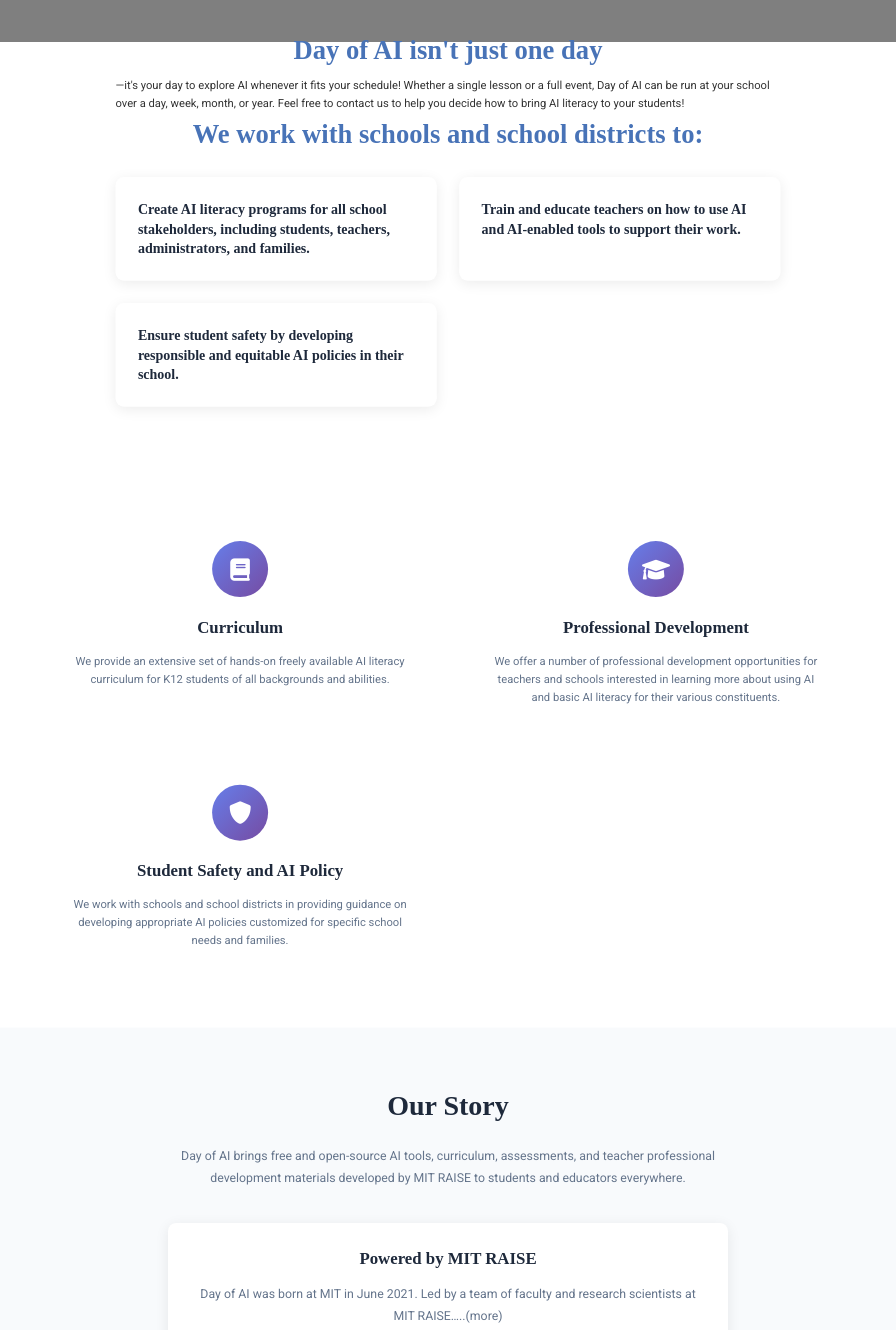
Repository: dinhtri123/dayofai
Page: index.html
An editor plug-in stored every save of this project. The page is shown before and after the next save, followed by the edit.
The browser window is 1280 px wide. The pictures show the part of the page from y = 660 to 2560 px (the page is 3857 px tall before and 3959 px after), at 70% of full size.
A picture or video elsewhere on the page could not be fetched, so the positions and the page height are approximate. Some web fonts or font styles are not loaded; a fallback is used.

Above is the page before, as saved 2025-06-29 08:43:38.

### index.html
<!DOCTYPE html>
<html lang="en">

<head>
  <meta charset="UTF-8">
  <meta name="viewport" content="width=device-width, initial-scale=1.0">
  <title>Day of AI - AI is for everyone</title>
  <link rel="stylesheet" href="styles.css">
  <link rel="preconnect" href="https://fonts.googleapis.com">
  <link rel="preconnect" href="https://fonts.gstatic.com" crossorigin>
  <link href="https://fonts.googleapis.com/css2?family=Gugi&family=Roboto:ital,wght@0,100..900;1,100..900&display=swap"
    rel="stylesheet">
  <link rel="stylesheet" href="https://cdnjs.cloudflare.com/ajax/libs/font-awesome/6.0.0/css/all.min.css">
</head>

<body>
  <!-- Header -->
  <header class="header">
    <nav class="navbar container">
      <div class="nav-container">
        <div class="nav-logo">
          <img src="./images/logo.svg" alt="Day of AI Logo">
        </div>

        <div class="header-main">
          <div class="header-search">
            <i class="fa-solid fa-magnifying-glass"></i>
            <input type="search" name="search" id="search" placeholder="SEARCH">
          </div>
          <div class="header-menu">
            <ul class="nav-menu">
              <li class="nav-item dropdown">
                <a href="#" class="nav-link">Teachers <i class="fa-solid fa-caret-down"></i></a>
                <ul class="dropdown-menu">
                  <li><a href="#">Curriculum</a></li>
                  <li><a href="#">Seasonal and Monthly Activities</a></li>
                  <li><a href="#">Professional Development</a></li>
                  <li><a href="#">Family Resources</a></li>
                </ul>
              </li>
              <li class="nav-item dropdown">
                <a href="#" class="nav-link">School Administrators <i class="fa-solid fa-caret-down"></i></a>
                <ul class="dropdown-menu">
                  <li><a href="#">Professional Development</a></li>
                  <li><a href="#">Curriculum</a></li>
                  <li><a href="#">Student Safety & AI Policy</a></li>
                  <li><a href="#">Family Resources</a></li>
                </ul>
              </li>
              <li class="nav-item">
                <a href="#" class="nav-link">International</a>
              </li>
              <li class="nav-item">
                <a href="#" class="nav-link">Partners</a>
              </li>
              <li class="nav-item dropdown">
                <a href="#" class="nav-link">About Us <i class="fa-solid fa-caret-down"></i></a>
                <ul class="dropdown-menu">
                  <li><a href="#">Our Team</a></li>
                  <li><a href="#">Our Story</a></li>
                  <li><a href="#">FAQ</a></li>
                  <li><a href="#">News & Impact</a></li>
                </ul>
              </li>
              <li class="nav-item">
                <a href="#" class="nav-link">Contact Us</a>
              </li>
            </ul>
            <div class="nav-buttons">
              <button class="btn btn-primary">Register</button>
            </div>
          </div>
        </div>


        <div class="hamburger">
          <span class="icon-menu">
            <i class="fa-solid fa-bars"></i>
          </span>
          <span class="icon-close">
            <i class="fa-solid fa-xmark"></i>
          </span>
        </div>
      </div>
    </nav>
  </header>

  <main>
    <!-- Hero Section -->
    <section class="hero">
      <div class="hero-video">
        <video src="./images/hero-video-short2.mp4" autoplay muted loop></video>
      </div>
      <div class="container">
        <div class="hero-content">
          <h1 class="hero-title">AI is for everyone.</h1>
          <p class="hero-subtitle">Empower your school and your students to thrive in a world of AI!</p>
          <div class="hero-bottom">
            <h3>Day of AI + Common Sense Media Have Teamed Up for Families!</h3>
            <button class="btn btn-primary">Learn More</button>
          </div>
        </div>
      </div>
    </section>
    <section class="section-desc">
      <div class="container">
        <div class="content-grid">
          <div class="content-item">
            <h2>Day of AI isn't just one day</h2>
            <p>—it's your day to explore AI whenever it fits your schedule! Whether a single lesson or a full event, Day
              of AI can be run at your school over a day, week, month, or year. Feel free to contact us to help you
              decide
              how to bring AI literacy to your students!</p>
          </div>

          <div class="content-item">
            <h2>We work with schools and school districts to:</h2>
            <div class="services-grid">
              <div class="service-card">
                <h3>Create AI literacy programs for all school stakeholders, including students, teachers,
                  administrators,
                  and families.</h3>
              </div>
              <div class="service-card">
                <h3>Train and educate teachers on how to use AI and AI-enabled tools to support their work.</h3>
              </div>
              <div class="service-card">
                <h3>Ensure student safety by developing responsible and equitable AI policies in their school.</h3>
              </div>
            </div>
          </div>
        </div>
      </div>
    </section>

    <!-- Features Section -->
    <section class="features">
      <div class="container">
        <div class="features-grid">
          <div class="feature-card">
            <div class="feature-icon">
              <i class="fas fa-book"></i>
            </div>
            <h3>Curriculum</h3>
            <p>We provide an extensive set of hands-on freely available AI literacy curriculum for K12 students of all
              backgrounds and abilities.</p>
          </div>

          <div class="feature-card">
            <div class="feature-icon">
              <i class="fas fa-graduation-cap"></i>
            </div>
            <h3>Professional Development</h3>
            <p>We offer a number of professional development opportunities for teachers and schools interested in
              learning
              more about using AI and basic AI literacy for their various constituents.</p>
          </div>

          <div class="feature-card">
            <div class="feature-icon">
              <i class="fas fa-shield-alt"></i>
            </div>
            <h3>Student Safety and AI Policy</h3>
            <p>We work with schools and school districts in providing guidance on developing appropriate AI policies
              customized for specific school needs and families.</p>
          </div>
        </div>
      </div>
    </section>

    <!-- About Section -->
    <section class="about">
      <div class="container">
        <div class="about-content">
          <h2>Our Story</h2>
          <p>Day of AI brings free and open-source AI tools, curriculum, assessments, and teacher professional
            development
            materials developed by MIT RAISE to students and educators everywhere.</p>

          <div class="mit-section">
            <h3>Powered by MIT RAISE</h3>
            <p>Day of AI was born at MIT in June 2021. Led by a team of faculty and research scientists at MIT
              RAISE…..(more)</p>
          </div>

          <div class="partners-section">
            <h3>Our Collaborators and Partners</h3>
            <div class="partners-grid">
              <div class="partner-logo">Partner 1</div>
              <div class="partner-logo">Partner 2</div>
              <div class="partner-logo">Partner 3</div>
              <div class="partner-logo">Partner 4</div>
            </div>
          </div>
        </div>
      </div>
    </section>

    <!-- CTA Section -->
    <section class="cta">
      <div class="container">
        <div class="cta-content">
          <h2>Bring Day of AI to Your School or School District</h2>
          <div class="cta-buttons">
            <button class="btn btn-primary">Register</button>
            <button class="btn btn-secondary">Learn More</button>
          </div>
        </div>
      </div>
    </section>
  </main>

  <!-- Footer -->
  <footer class="footer">
    <div class="container">
      <div class="footer-content">
        <div class="footer-section">
          <p>&copy; 2025, Day of AI. All Rights Reserved.</p>
          <div class="footer-links">
            <a href="#">Privacy Policy</a>
            <a href="#">Accessibility</a>
            <a href="#">Terms of Use</a>
            <a href="#">Boston Web Design</a>
          </div>
        </div>

        <div class="footer-legal">
          <p>Unless stated otherwise, the DAY OF AI curriculum is licensed under a Creative Commons
            Attribution-NonCommercial-ShareAlike 4.0 International License (the "DAY OF AI Creative Commons license").
            The DAY OF AI Creative Commons license does not include a license to use the trademarks and service marks,
            DAY OF AI, DAY OF AI (and Design), the DAY OF AI logo, MASSACHUSETTS INSTITUTE OF TECHNOLOGY, MIT, the MIT
            logo, MIT RAISE, RAISE, or any other trademarks, service marks, or other intellectual property, owned by, or
            associated with, Massachusetts Institute of Technology, and such use is expressly excluded. DAY OF AI, DAY
            OF AI (and Design), and the DAY OF AI logo are trademarks and service marks of MASSACHUSETTS INSTITUTE OF
            TECHNOLOGY. All rights are reserved.</p>
        </div>

        <div class="footer-translate">
          <button class="translate-btn">Translate »</button>
        </div>
      </div>
    </div>
  </footer>

  <script src="script.js"></script>
</body>

</html>

### styles.css
:root {
  --font-family: "Roboto", sans-serif;
  --font-secondary: "Gugi", cursive;
  --color-primary: #4873b7;
  --color-secondary: #37b558;
  --color-third: #f26739;
}
* {
  margin: 0;
  padding: 0;
  box-sizing: border-box;
}

body {
  font-family: var(--font-family);
  line-height: 1.6;
  color: #333;
  overflow-x: hidden;
}

.container {
  max-width: 1170px;
  margin: 0 auto;
  padding: 0 15px;
}
h1,h2,h3,h4,h5,h6{
  font-family: var(--font-secondary);
}

/* Header Styles */
.header {
  background: #fff;
  box-shadow: 0 2px 10px rgba(0, 0, 0, 0.1);
  width: 100%;
}
.header-main {
  display: flex;
  flex-direction: column;
  flex: 1;
}
.header-search {
  display: flex;
  align-items: center;
  justify-content: end;
  border-bottom: 1px solid var(--color-primary);
  height: 35px;
}
.header-search input {
  border: none;
  outline: none;
  width: 100px;
  max-width: 300px;
  height: 100%;
  padding: 0 10px;
  transition: width 1s linear;
}
.header-search i {
  color: var(--color-secondary);
}

.navbar {
  padding: 10px 15px;
}

.nav-container {
  display: flex;
  justify-content: space-between;
  align-items: center;
}
.nav-logo {
  max-width: 160px;
  width: 100%;
  height: auto;
}

.nav-logo img {
  max-width: 90px;
  width: 100%;
  height: auto;
}

.header-menu {
  display: flex;
  align-items: center;
  justify-content: end;
  flex-wrap: wrap;
}
.nav-menu {
  display: flex;
  list-style: none;
  align-items: center;
}

.nav-item {
  position: relative;
}

.nav-link {
  text-decoration: none;
  color: #333;
  font-weight: 500;
  padding: 20px 16px;
  transition: color 0.3s ease;
  display: flex;
  align-items: center;
  gap: 5px;
}

.nav-link:hover {
  color: #2563eb;
}
.nav-link i {
  color: var(--color-primary);
}

.dropdown-menu {
  position: absolute;
  top: 100%;
  left: 0;
  background: #fff;
  box-shadow: 0 4px 20px rgba(0, 0, 0, 0.15);
  border-radius: 8px;
  min-width: 250px;
  width: max-content;
  opacity: 0;
  visibility: hidden;
  transform: translateY(-10px);
  transition: all 0.3s ease;
  list-style: none;
  overflow: hidden;
}

.dropdown:hover .dropdown-menu {
  opacity: 1;
  visibility: visible;
  transform: translateY(0);
}

.dropdown-menu li a {
  display: block;
  padding: 0.75rem 1.5rem;
  color: #333;
  text-decoration: none;
  transition: background-color 0.2s ease;
}

.dropdown-menu li a:hover {
  background-color: var(--color-primary);
  color: #fff;
}

.btn {
  display: flex;
  align-items: center;
  margin-left: 24px;
  font-family: var(--font-secondary);
  background-color: var(--color-secondary);
  color: #fff;
  padding: 0px 32px;
  border-radius: 30px;
  min-height: 45px;
  text-transform: uppercase;
  border: none;
  line-height: 1;
  font-size: 16px;
  transition: all 0.3s ease;
}
.btn-primary {
  background-color: var(--color-secondary);
}
.btn-primary:hover {
  background-color: var(--color-third);
}
.btn-secondary {
  background-color: var(--color-third);
  color: white;
}
.btn-secondary:hover {
  background-color: var(--color-secondary);
}
.bth-third {
  background: transparent;
  color: white;
  border: 1px solid white;
}
.bth-third:hover {
  background-color: var(--color-secondary);
}
.hamburger {
  display: none;
  flex-direction: column;
  cursor: pointer;
}
.hamburger i {
  font-size: 20px;
  color: black;
}

/* Hero Section */
.hero {
  color: #fff;

  text-align: center;
}
.hero-content {
  position: relative;
  z-index: 1;
  min-height: 500px;
  display: flex;
  flex-direction: column;
  align-items: center;
  justify-content: center;
}
.hero-video {
  position: absolute;
  top: 0;
  left: 0;
  width: 100%;
  height: 100%;
  z-index: -1;
  overflow: hidden;
}
.hero-video::before {
  content: "";
  position: absolute;
  top: 0;
  left: 0;
  width: 100%;
  height: 100%;
  background: rgba(0, 0, 0, 0.5);
}
.hero-video video {
  width: 100%;
}

.hero-title {
  font-size: 64px;
  font-family: var(--font-secondary);
  font-weight: 700;
  margin-bottom: 8px;
  line-height: 1.2;
}

.hero-subtitle {
  font-size: 30px;
  max-width: 500px;
  margin: 0 auto;
}

.hero-bottom {
  display: flex;
  align-items: center;
  justify-content: space-between;
  gap: 16px;
  position: absolute;
  bottom: -30px;
  left: 50%;
  transform: translateX(-50%);
  background: var(--color-third);
  min-height: 60px;
  border-radius: 30px;
  width: 100%;
}
.hero-bottom h3 {
  font-size: 24px;
  color: white;
  padding: 0px 20px;
  font-weight: 300;
}
.hero-bottom button {
  background: var(--color-primary);
  padding: 0px 48px;
  text-transform: uppercase;
  font-family: var(--font-secondary);
  min-height: inherit;
}

.section-desc {
  padding: 80px 0;
}

.content-grid {
  max-width: 950px;
  margin: 0 auto;
}

.content-item h2 {
  font-size: 38px;
  text-align: center;
  color: var(--color-primary);
  margin-bottom: 8px;
}

.content-item p {

}

.services-grid {
  display: grid;
  grid-template-columns: repeat(auto-fit, minmax(300px, 1fr));
  gap: 2rem;
  margin-top: 2rem;
}

.service-card {
  background: #fff;
  padding: 2rem;
  border-radius: 12px;
  box-shadow: 0 4px 20px rgba(0, 0, 0, 0.08);
  transition: transform 0.3s ease, box-shadow 0.3s ease;
}

.service-card:hover {
  transform: translateY(-5px);
  box-shadow: 0 8px 30px rgba(0, 0, 0, 0.12);
}

.service-card h3 {
  font-size: 1.25rem;
  font-weight: 600;
  color: #1e293b;
  line-height: 1.4;
}

/* Features Section */
.features {
  padding: 80px 0;
  background: #fff;
}

.features-grid {
  display: grid;
  grid-template-columns: repeat(auto-fit, minmax(350px, 1fr));
  gap: 3rem;
}

.feature-card {
  text-align: center;
  padding: 2rem;
  border-radius: 16px;
  transition: transform 0.3s ease;
}

.feature-card:hover {
  transform: translateY(-5px);
}

.feature-icon {
  width: 80px;
  height: 80px;
  background: linear-gradient(135deg, #667eea 0%, #764ba2 100%);
  border-radius: 50%;
  display: flex;
  align-items: center;
  justify-content: center;
  margin: 0 auto 1.5rem;
  color: #fff;
  font-size: 2rem;
}

.feature-card h3 {
  font-size: 1.5rem;
  font-weight: 600;
  margin-bottom: 1rem;
  color: #1e293b;
}

.feature-card p {
  color: #64748b;
  line-height: 1.6;
}

/* About Section */
.about {
  padding: 80px 0;
  background: #f8fafc;
}

.about-content {
  max-width: 800px;
  margin: 0 auto;
  text-align: center;
}

.about-content h2 {
  font-size: 2.5rem;
  font-weight: 600;
  margin-bottom: 1.5rem;
  color: #1e293b;
}

.about-content p {
  font-size: 1.1rem;
  color: #64748b;
  line-height: 1.8;
  margin-bottom: 3rem;
}

.mit-section {
  background: #fff;
  padding: 2rem;
  border-radius: 12px;
  margin: 2rem 0;
  box-shadow: 0 4px 20px rgba(0, 0, 0, 0.08);
}

.mit-section h3 {
  font-size: 1.5rem;
  font-weight: 600;
  margin-bottom: 1rem;
  color: #1e293b;
}

.partners-section {
  margin-top: 3rem;
}

.partners-section h3 {
  font-size: 1.5rem;
  font-weight: 600;
  margin-bottom: 2rem;
  color: #1e293b;
}

.partners-grid {
  display: grid;
  grid-template-columns: repeat(auto-fit, minmax(200px, 1fr));
  gap: 2rem;
}

.partner-logo {
  background: #fff;
  padding: 2rem;
  border-radius: 8px;
  text-align: center;
  box-shadow: 0 2px 10px rgba(0, 0, 0, 0.1);
  font-weight: 600;
  color: #64748b;
}

/* CTA Section */
.cta {
  padding: 80px 0;
  background: linear-gradient(135deg, #667eea 0%, #764ba2 100%);
  color: #fff;
  text-align: center;
}

.cta-content h2 {
  font-size: 2.5rem;
  font-weight: 600;
  margin-bottom: 2rem;
}

.cta-buttons {
  display: flex;
  gap: 1rem;
  justify-content: center;
  flex-wrap: wrap;
}

/* Footer */
.footer {
  background: #1e293b;
  color: #fff;
  padding: 60px 0 30px;
}

.footer-content {
  display: grid;
  gap: 2rem;
}

.footer-section {
  display: flex;
  justify-content: space-between;
  align-items: center;
  flex-wrap: wrap;
  gap: 1rem;
}

.footer-links {
  display: flex;
  gap: 2rem;
  flex-wrap: wrap;
}

.footer-links a {
  color: #cbd5e1;
  text-decoration: none;
  transition: color 0.3s ease;
}

.footer-links a:hover {
  color: #fff;
}

.footer-legal {
  border-top: 1px solid #334155;
  padding-top: 2rem;
}

.footer-legal p {
  font-size: 0.9rem;
  color: #94a3b8;
  line-height: 1.6;
}

.footer-translate {
  text-align: center;
  padding-top: 2rem;
}

.translate-btn {
  background: transparent;
  color: #cbd5e1;
  border: 1px solid #475569;
  padding: 0.5rem 1rem;
  border-radius: 6px;
  cursor: pointer;
  transition: all 0.3s ease;
}

.translate-btn:hover {
  background: #475569;
  color: #fff;
}

/* Responsive Design */
@media (max-width: 768px) {
  .header-main {
    position: absolute;
    top: 100%;
    left: 0px;
    flex-direction: column;
    background-color: #fff;
    width: 100%;
    text-align: center;
    transition: 0.3s;
    box-shadow: 0 10px 27px rgba(0, 0, 0, 0.05);
    z-index: 1000;
    display: none;
  }
  .header-main.active {
    display: flex;
  }
  .nav-menu.active {
    left: 0;
  }
  .header-search {
    padding: 0px 15px;
  }
  .navbar {
    padding: 10px 15px !important;
  }
  .nav-menu li {
    width: 100%;
  }
  .nav-logo img {
    max-width: 50px;
  }
  .nav-link {
    justify-content: space-between;
  }
  .header-search input {
    width: 100%;
    max-width: 100%;
  }
  .dropdown-menu {
    position: static;
    opacity: 1;
    visibility: visible;
    transform: none;
    box-shadow: none;
    width: 100%;
    display: none;
  }
  .dropdown-menu.active {
    display: block;
  }
  .dropdown-menu li a {
    text-align: left;
    padding: 10px 16px;
    border-bottom: 1px solid #e2e8f0;
  }
  .nav-menu > li {
    border-bottom: 1px solid #e2e8f0;
  }
  .hamburger {
    display: flex;
    width: 40px;
    height: 40px;
    align-items: center;
    justify-content: center;
  }
  .nav-menu {
    flex-direction: column;
    width: 100%;
  }
  .header-menu {
    justify-content: start;
  }
  .icon-close {
    display: none;
  }
  .hamburger.active .icon-menu {
    display: none;
  }

  .hamburger.active .icon-close {
    display: block;
  }

  .nav-buttons {
    display: none;
  }

  .hero-title {
    font-size: 2.5rem;
  }

  .hero-subtitle {
    font-size: 1.1rem;
  }

  .content-item h2,
  .about-content h2,
  .cta-content h2 {
    font-size: 2rem;
  }

  .services-grid,
  .features-grid {
    grid-template-columns: 1fr;
  }

  .footer-section {
    flex-direction: column;
    text-align: center;
  }

  .footer-links {
    justify-content: center;
  }

  .cta-buttons {
    flex-direction: column;
    align-items: center;
  }

  .cta-buttons .btn {
    width: 100%;
    max-width: 300px;
  }
}

@media (max-width: 480px) {
  .container {
    padding: 0 15px;
  }

  .hero {
    padding: 100px 0 60px;
  }

  .hero-title {
    font-size: 2rem;
  }

  .main-content,
  .features,
  .about,
  .cta {
    padding: 60px 0;
  }

  .service-card,
  .feature-card {
    padding: 1.5rem;
  }
}

/* Animations */
@keyframes fadeInUp {
  from {
    opacity: 0;
    transform: translateY(30px);
  }
  to {
    opacity: 1;
    transform: translateY(0);
  }
}

### script.js
// Header Search
const media = window.matchMedia("(min-width: 768px)");
if (media.matches) {
  const searchInput = document.querySelector(".header-search input");

  searchInput.addEventListener("click", () => {
    searchInput.style.width = "100%";
  });
  document.addEventListener("click", (e) => {
    if (!searchInput.contains(e.target)) {
      searchInput.style.width = "100px";
    }
  });
}
if (!media.matches) {
  const dropdownMenu = Array.from(document.querySelectorAll(".nav-item.dropdown"));
  dropdownMenu.map(item => {
    item.addEventListener("click", () => {
      item.querySelector(".dropdown-menu").classList.toggle("active");
    })
  })
}

// Mobile Navigation Toggle
const hamburger = document.querySelector(".hamburger");
const headerMain = document.querySelector(".header-main");

hamburger.addEventListener("click", () => {
  if(hamburger.classList.contains("active")){
    hamburger.classList.remove("active");
    headerMain.classList.remove("active");
  } else {
    hamburger.classList.add("active");
    headerMain.classList.add("active");
  }
});

After the next save:
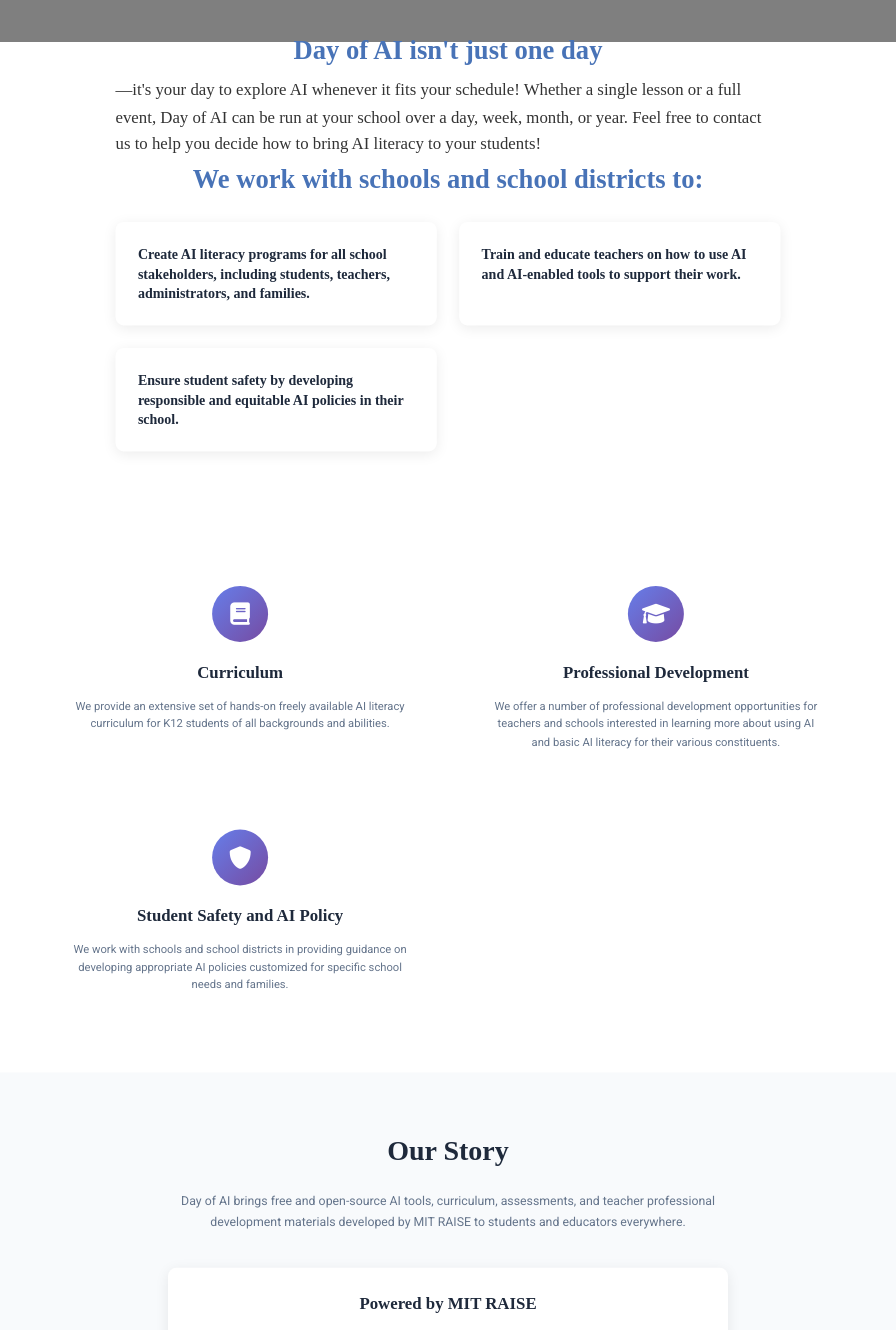
Saved 7 s later.
--- a/styles.css
+++ b/styles.css
@@ -292,7 +292,8 @@
 }
 
 .content-item p {
-
+  font-size: 24px;
+  font-family: var(--font-secondary);
 }
 
 .services-grid {
